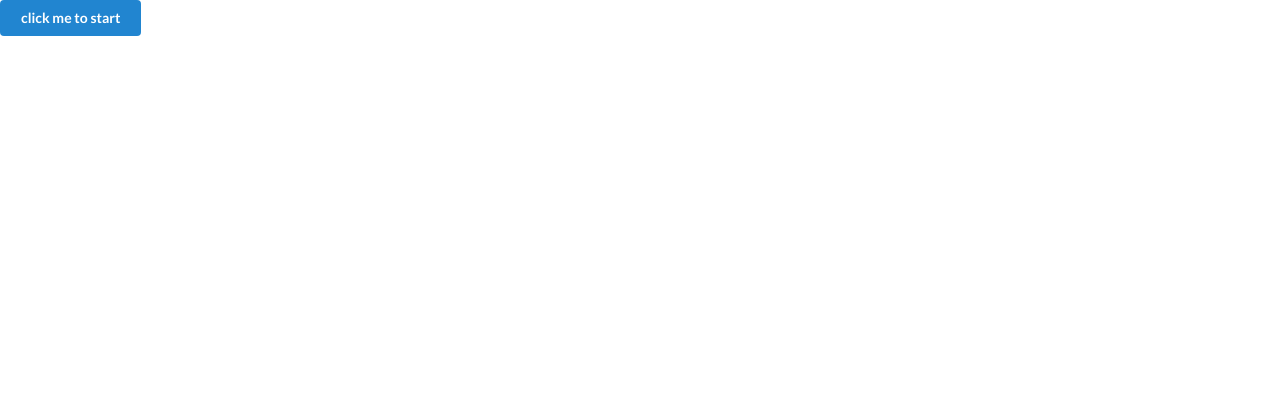
Repository: ZahirA1i/form-using-next
Page: /
An editor plug-in stored every save of this project. The page is shown before and after the next save, followed by the edit.
The browser window is 1280 px wide. The pictures show the whole page.
The project was rebuilt for these pictures with package versions that can differ from the ones it lists, and the page was loaded fresh each time. The framework's server and built-in components were replaced by stand-ins that run in the browser. Also part of the build but not shown: next.config.js.

Above is the page before, as saved 2022-09-28 12:39:19.

After the next save:
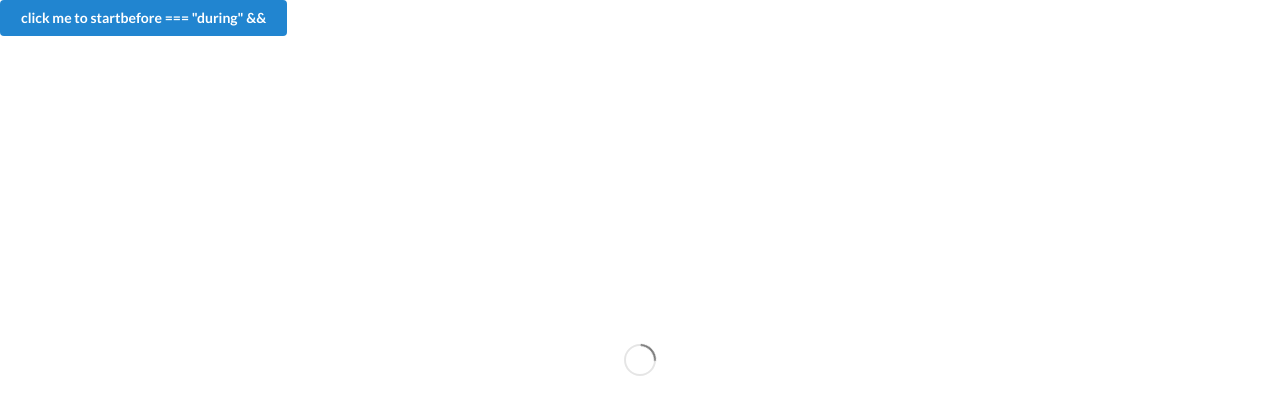
Saved 3 min 0 s later.
--- a/pages/index.js
+++ b/pages/index.js
@@ -1,4 +1,4 @@
-import { Button } from 'semantic-ui-react';
+import { Button, Loader } from 'semantic-ui-react';
 
 import { useRouter } from 'next/router';
 import { useState } from 'react';
@@ -33,19 +33,19 @@
     if (loginState === "during") {
       setLoginState("after");
     }
-    if(loginState === "after"){
+    if (loginState === "after") {
       r.push("/dashboard");
     }
   }
 
-
-
-
-
-
   return (
     <div>
-      <Button color={c} onClick={() => HandleButton()}>{button_next} </Button>
+      <Button
+      color={c}
+      onClick={() => HandleButton()}>
+      {button_next}
+      {loginState} === "during" && <Loader active/>
+      </Button>
     </div>
 
 

After the save that followed:
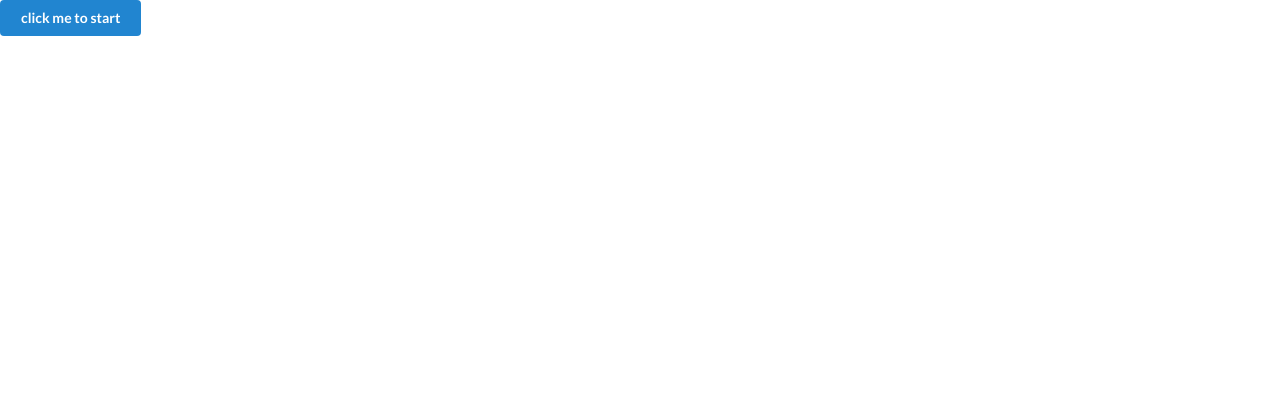
Saved 43 s later.
--- a/pages/index.js
+++ b/pages/index.js
@@ -44,7 +44,7 @@
       color={c}
       onClick={() => HandleButton()}>
       {button_next}
-      {loginState} === "during" && <Loader active/>
+      {loginState === "during" && <Loader active/>}
       </Button>
     </div>
 
